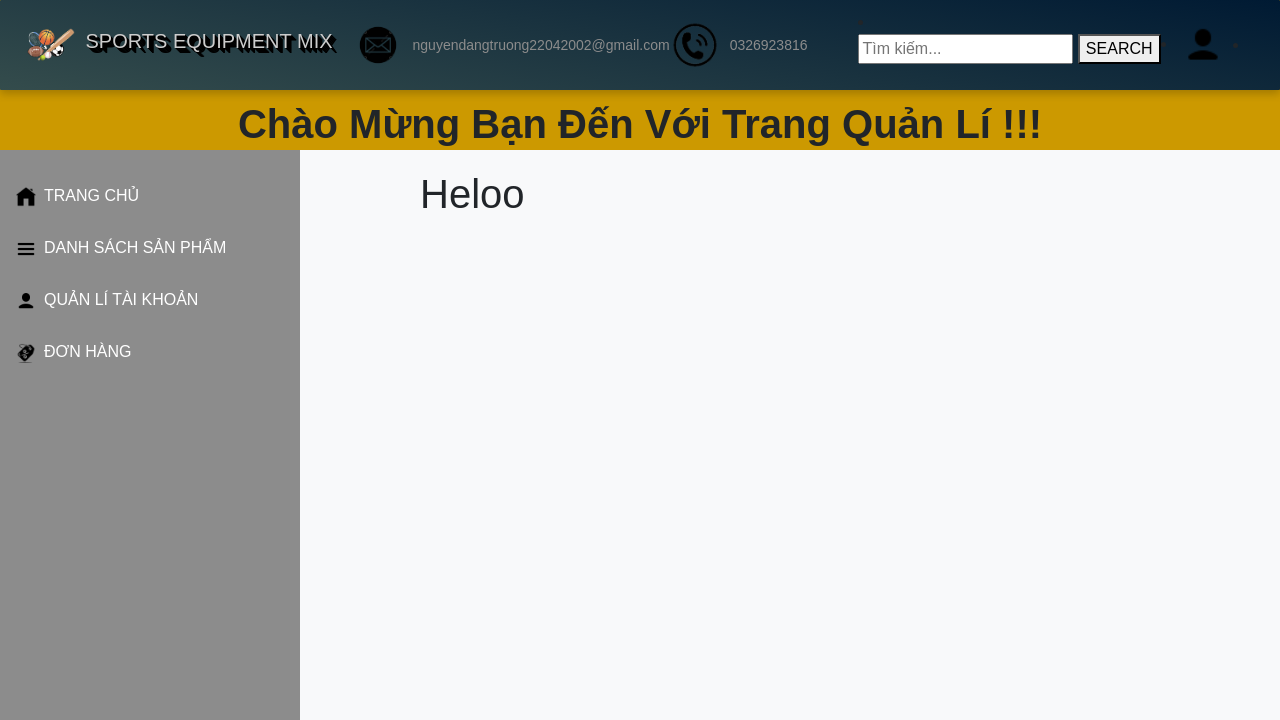
Repository: nguyendangtruong220420002/WWW-BanDungCuThietBiTheThao
Page: http://localhost/WebBanDungCuTheThao/Admin.jsp
An editor plug-in stored every save of this project. The page is shown before and after the next save, followed by the edit.
The browser window is 1280 px wide. The pictures show the whole page.
The page is served by Tomcat 10.

Above is the page before, as saved 2024-07-22 09:16:09.

After the next save:
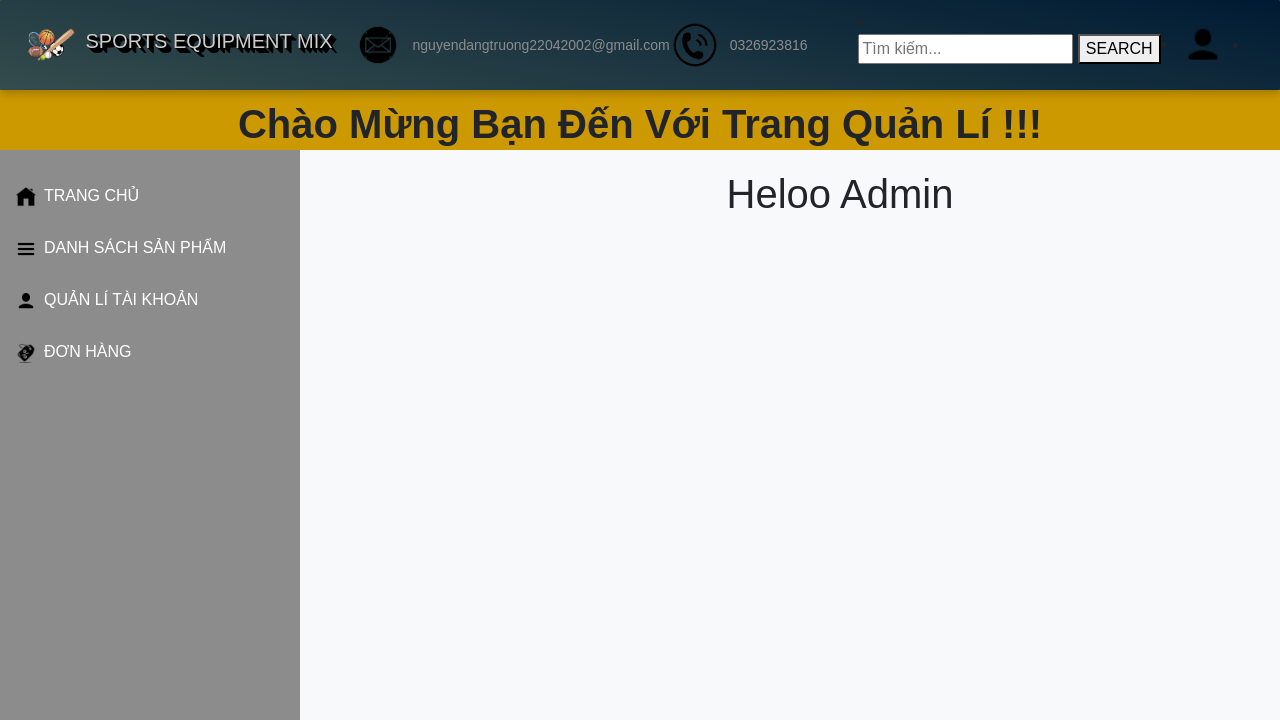
Saved 2 min 29 s later.
--- a/WebBanDungCuTheThao/src/main/webapp/Admin.jsp
+++ b/WebBanDungCuTheThao/src/main/webapp/Admin.jsp
@@ -261,8 +261,8 @@ main {
 					class="menu-icons">ĐƠN HÀNG</a></li>
 		</ul>
 	</nav>
-	<main>
-		<h1>Heloo</h1>
+	<main  style="text-align: center;">
+		<h1>Heloo Admin</h1>
 	</main>
 
 
